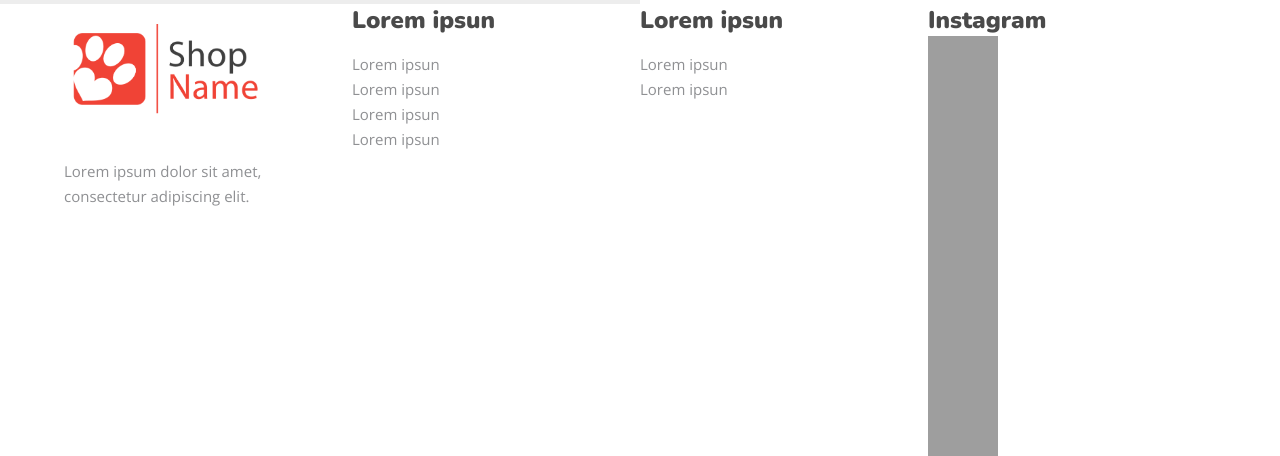
Repository: MarilynCuore/landingVet
Page: index.html
These files come from the project's save history. The page is drawn as it stood at one moment and after the next save; the edit follows.
The browser window is 1280 px wide. The pictures show the part of the page from y = 1930 to 2866 px (the page is 2386 px tall before and 2866 px after).
Pictures or frames that could not be fetched are drawn as grey boxes. Some web libraries are served in a nearby version. The style sheet was rebuilt from its Sass, Less or Tailwind sources for each picture, by a compiler version that may differ from the author's.

Above is the page before, as saved 2020-05-25 15:58:41.

### index.html
<!DOCTYPE html>
<html lang="en">

<head>
    <meta charset="UTF-8">
    <meta name="viewport" content="width=device-width, initial-scale=1.0">
    <title>Document</title>
    <link rel="stylesheet" href="./main.css">
    <link rel="stylesheet" href="https://cdnjs.cloudflare.com/ajax/libs/font-awesome/5.13.0/js/all.min.js">
</head>

<body>

    <!--Nav-->
    <nav>
        <div class="top-bar">
            <div class="container">
                <ul>
                    <li>
                        <a href="">Llámanos 609534467</a>
                    </li>
                    <li>
                        <a href="">Mi cuenta</a>
                    </li>
                </ul>
            </div>
        </div>
        <div class="bottom-bar">
            <div class="container">
                <ul>
                    <li>
                        <a href="">
                            <img src="./assets/white.png" width="100" alt="">
                        </a>
                    </li>
                </ul>
                <ul>
                    <li>
                        <a href="">Lorem ipsun</a>
                    </li>
                    <li>
                        <a href="">Lorem ipsun</a>
                    </li>
                    <li>
                        <a href="">Lorem ipsun</a>
                    </li>
                </ul>
            </div>

        </div>

    </nav>
    <header>
        <div class="container">
            <h1>Dónde ser una mascota es lo mejor</h1>
            <p>Lorem ipsum dolor sit amet, consectetur adipiscing elit. Phasellus eleifend at dolor quis vulputate.
                Quisque id blandit tellus, at pretium ex. Nulla in dui ligula. Nunc pharetra venenatis commodo.</p>
            <a href="">Saber más</a>
        </div>

    </header>
    <section>
        <div class="container">
            <div class="title">
                <h2>Lorem ipsun</h2>
                <p>Lorem ipsum dolor sit amet, consectetur adipiscing elit. <br>Phasellus eleifend at dolor quis
                    vulputate.</p>
            </div>
            <div class="grid">
                <div class="grid__container">
                    <div class="title">
                        <span>Perros</span>
                        <strong><a href="">Saber más</a></strong>
                    </div>
                </div>
                <div class="grid__container">
                    <div class="title">
                        <span>Gatos</span>
                        <strong><a href="">Saber más</a></strong>
                    </div>
                </div>
                <div class="grid__container">
                    <div class="title">
                        <span>Otros</span>
                        <strong><a href="">Saber más</a></strong>
                    </div>
                </div>
            </div>
        </div>
    </section>
    <section>
        <div class="one">
            <div class="content container">
                <h3>Encuéntranos o ponte en contacto</h3>
                <div>
                    <p>Lorem ipsum dolor sit amet, consectetur adipiscing elit. <br>Phasellus eleifend at dolor quis
                        vulputate.</p>
                    <p>lorem@gmail.com</p>
                </div>
            </div>

        </div>
        <div class="two">
            <iframe
                src="https://www.google.com/maps/embed?pb=!1m18!1m12!1m3!1d24285.284825320497!2d-3.717631440991407!3d40.460648281487934!2m3!1f0!2f0!3f0!3m2!1i1024!2i768!4f13.1!3m3!1m2!1s0xd422906e34771eb%3A0x9887e1ccf09cb673!2zVGV0dcOhbiwgTWFkcmlk!5e0!3m2!1ses!2ses!4v1590408248756!5m2!1ses!2ses"
                width="100%" height="450" frameborder="0" style="border:0;" allowfullscreen="" aria-hidden="false"
                tabindex="0"></iframe>
        </div>
    </section>
    <footer>
        <div class="container">
            <div>
                <ul>
                    <li>
                        <a href="">
                            <img src="./assets/red.png" alt="" width="200">
                        </a>

                    </li>
                    <li>
                        <p>Lorem ipsum dolor sit amet, <br> consectetur adipiscing elit. </p>
                    </li>
                </ul>
            </div>
            <div>
                <h5>Lorem ipsun</h5>
                <ul>
                    <li>
                        <a href="">Lorem ipsun</a>
                    </li>
                    <li>
                        <a href="">Lorem ipsun</a>
                    </li>
                    <li>
                        <a href="">Lorem ipsun</a>
                    </li>
                    <li>
                        <a href="">Lorem ipsun</a>
                    </li>
                </ul>
            </div>
            <div>
                <h5>Lorem ipsun</h5>
                <ul>
                    <li>
                        <a href="">Lorem ipsun</a>
                    </li>
                    <li>
                        <a href="">Lorem ipsun</a>
                    </li>
                </ul>
            </div>
            <div>
                <h5>Instagram</h5>
                <div class="grid">
                    <a href=""></a>
                    <a href=""></a>
                    <a href=""></a>
                    <a href=""></a>
                    <a href=""></a>
                    <a href=""></a>
                </div>
            </div>
        </div>
    </footer>
</body>

</html>

### main.scss
@import url("https://fonts.googleapis.com/css2?family=Nunito:ital,wght@0,200;0,300;0,400;0,600;0,700;0,800;0,900;1,200;1,300;1,400;1,600;1,700;1,800;1,900&display=swap");
@import url("https://fonts.googleapis.com/css2?family=Open+Sans:ital,wght@0,300;0,400;0,600;0,700;0,800;1,300;1,400;1,600;1,700;1,800&display=swap");
$color-primary: #f04336;
.container {
  max-width: 90%;
  margin: 0 auto;
}

nav {
  background: transparent;
  position: fixed;
  left: 0;
  width: 100%;
  z-index: 10;
  border-bottom: solid 0.5px white;
  padding-top: 1rem;
  padding-bottom: 1rem;
  .top-bar {
    background-color: rgba(white, 0.3);
    position: fixed;
    top: 0;
    width: 100%;
    height: 35px;
    font-size: 13px;
    line-height: 1;
    z-index: 110;
    .container {
      ul {
        display: flex;
        align-items: center;
        justify-content: flex-end;
        li {
          list-style: none;
          a {
            text-decoration: none;
            color: white;
            font-size: 13px;
            font-weight: normal;
            font-family: "Nunito", sans-serif;
          }
          &:nth-of-type(1) {
            padding-right: 1rem;
          }
        }
      }
    }
  }
  .bottom-bar {
    padding-top: 2rem;
    .container {
      display: flex;
      align-items: center;
      justify-content: space-between;
      ul {
        width: 100%;
        &:nth-of-type(2) {
          display: flex;
          align-self: center;
          justify-content: flex-end;
          li {
            padding-right: 3rem;
            &:last-child {
              padding-right: none !important;
            }
          }
        }
        li {
          list-style: none;
          a {
            text-decoration: none;
            color: white;
            font-size: 18px;
            font-weight: bold;
            font-family: "Nunito", sans-serif;
          }
        }
      }
    }
  }
}
header {
  background-image: url("https://pawfriends.qodeinteractive.com/wp-content/uploads/2019/08/h1-rev-img-1.jpg");
  background-size: cover;
  background-position: bottom;
  background-repeat: no-repeat;
  height: 100vh;
  width: 100vw;
  position: relative;
  .container {
    height: 100%;
    display: flex;
    flex-direction: column;
    align-items: flex-start;
    justify-content: center;

    h1 {
      z-index: 9;
      visibility: visible;
      text-align: left;
      line-height: 75px;
      letter-spacing: 0px;
      font-weight: 900;
      font-size: 70px;
      border-color: rgb(143, 144, 147);
      border-style: none;
      margin: 0px;
      padding: 0px;
      color: white;
      white-space: normal;
      width: 645px;
      height: auto;
      font-family: "Nunito", sans-serif;
    }
    p {
      z-index: 10;
      font-family: "Open Sans";
      visibility: visible;
      text-align: left;
      line-height: 30px;
      letter-spacing: 0px;
      font-weight: 400;
      font-size: 19px;
      border-color: rgb(143, 144, 147);
      border-style: none;
      margin: 0px;
      padding: 0px;
      color: white;
      white-space: normal;
      width: 639px;
      height: auto;
      padding-top: 1.2rem;
      padding-bottom: 1.5rem;
      font-family: "Open Sans", sans-serif;
    }
    a {
      color: white;
      background-color: $color-primary;
      border-color: #ffffff;
      padding: 15px 66px;
      text-decoration: none;
      font-weight: bold;
      font-family: "Nunito", sans-serif;
      border: 1px solid transparent;
      overflow: hidden;
      border-radius: 4px;
    }
  }
}
section {
  &:nth-of-type(1) {
    padding-bottom: 3.5rem;
    .container {
      .title {
        h2 {
          font-size: 50px;
          line-height: 1.1em;
          text-align: center;
          color: #424242;
          font-weight: bold;
          margin: 0;
          padding: 0;
          padding-top: 2rem;
          padding-bottom: 1.3rem;
          font-family: "Nunito", sans-serif;
          font-weight: 900;
        }
        p {
          color: #8f9093;
          font-size: 19px;
          line-height: 32px;
          text-align: center;
          margin: 0;
          padding: 0;
          font-family: "Open Sans", sans-serif;
        }
      }
      .grid {
        padding-top: 2rem;
        height: 500px;
        position: relative;
        max-width: 100%;
        display: grid;
        grid-template-columns: repeat(auto-fill, minmax(200px, 1fr));
        grid-template-rows: minmax(auto, auto);
        margin: 0 auto;
        grid-auto-flow: dense;
        grid-gap: 10px;
        &__container {
          background-size: cover;
          background-position: center;
          background-repeat: no-repeat;
          padding: 20px;
          display: grid;
          place-items: center;
          text-align: center;
          color: white;
          transition: 0.3s;
          border-radius: 6px;
          display: flex;
          align-items: flex-end;
          .title {
            margin-bottom: 2em;
            display: flex;
            justify-content: center;
            width: 100%;
            position: relative;
            cursor: pointer;
            &:hover {
              strong {
                top: -35px;
                opacity: 1;
                color: black;
                border-radius: 0;
                transform: scale(1);
              }
            }
            strong {
              transition: all 0.5s ease;
              overflow: hidden;
              opacity: 1;
              display: block;
              position: absolute;
              top: 5px;
              z-index: 0;
              transform: scale(0);
              padding: 5px 10px;
              background: white;
              color: white;
              font-family: "Nunito", sans-serif;
              a {
                color: $color-primary;
                text-decoration: none;
                cursor: pointer;
              }
            }
            span {
              z-index: 1;
              background: white;
              padding: 5px 15px;
              color: $color-primary;
              font-size: 18px;
              clip-path: polygon(0 0, 100% 0, 90% 100%, 10% 100%);
              font-family: "Nunito", sans-serif;
              font-size: 1.3rem;
              font-weight: bold;
              &:hover {
                background: $color-primary;
                color: white;
              }
            }
          }
          &:nth-child(1) {
            grid-column: span 2;
            grid-row: span 4;
            background-image: url("https://images.unsplash.com/photo-1504826260979-242151ee45b7?ixlib=rb-1.2.1&ixid=eyJhcHBfaWQiOjEyMDd9&auto=format&fit=crop&w=934&q=80");
            background-position: bottom;
          }
          &:nth-child(2) {
            grid-column: span 2;
            grid-row: span 4;
            background-image: url("https://images.unsplash.com/photo-1574231164645-d6f0e8553590?ixlib=rb-1.2.1&ixid=eyJhcHBfaWQiOjEyMDd9&auto=format&fit=crop&w=1035&q=80");
          }
          &:nth-child(3) {
            grid-column: span 2;
            grid-row: span 4;
            background-image: url("https://images.unsplash.com/photo-1529040274442-815019b0e4fc?ixlib=rb-1.2.1&auto=format&fit=crop&w=933&q=80");
          }
        }
      }
    }
  }
  &:nth-of-type(2) {
    display: flex;
    width: 100%;
    justify-content: space-between;
    width: 100%;
    .one {
      width: 50%;
      background-color: #ededed;
      .content {
        display: flex;
        flex-direction: column;
        align-items: center;
        justify-content: center;
        height: 100%;
        h3 {
          color: #424242;
          font-family: "Nunito", sans-serif;
          font-weight: 900;
          text-align: center;
          word-wrap: break-word;
          font-size: 40px;
          margin: 0;
          padding: 0;
        }
        p {
          font-size: 15px;
          font-weight: 400;
          line-height: 25px;
          color: #8f9093;
          font-family: "Open Sans";
          text-align: center;
        }
      }
    }
    .two {
      width: 50%;
    }
  }
}
footer {
  .container {
    display: flex;
    justify-content: space-between;
    align-items: flex-start;
    div {
        width: 33%;
      h5 {
        color: #4a4a4a;
        font-weight: 900;
        font-family: "Nunito", sans-serif;
        font-size: 24px;
        margin: 0;
      }
      ul {
        padding: 0px;
        li {
          list-style: none;
          p {
            color: #8f9093;
            text-align: left;
            font-family: "Open Sans";
            font-size: 15px;
            font-weight: 400;
            line-height: 25px;
            margin: 34px 0px 0px;
          }
          a {
            color: #8f9093;
            text-decoration: none;
            font-size: 15px;
            font-weight: 400;
            line-height: 25px;
            font-family: "Open Sans";
            &:hover {
              color: $color-primary;
            }
          }
        }
      }
      .grid {
        display: flex;
        align-items: center;
        justify-content: flex-start;
        flex-wrap: wrap;
        a {
          width: 70px;
          height: 70px;
          background-size: cover;
          background-position: center;
          background-repeat: no-repeat;
          &:nth-of-type(1) {
            background-image: url("https://images.unsplash.com/photo-1494256997604-768d1f608cac?ixlib=rb-1.2.1&ixid=eyJhcHBfaWQiOjEyMDd9&auto=format&fit=crop&w=2001&q=80");
          }
          &:nth-of-type(2) {
            background-image: url("https://images.unsplash.com/photo-1507146426996-ef05306b995a?ixlib=rb-1.2.1&ixid=eyJhcHBfaWQiOjEyMDd9&auto=format&fit=crop&w=1950&q=80");
          }
          &:nth-of-type(3) {
            background-image: url("https://images.unsplash.com/photo-1536612125961-dca53f20363d?ixlib=rb-1.2.1&auto=format&fit=crop&w=1950&q=80");
          }
          &:nth-of-type(4) {
            background-image: url("https://images.unsplash.com/photo-1586326709898-0a344840a314?ixlib=rb-1.2.1&auto=format&fit=crop&w=1950&q=80");
          }
          &:nth-of-type(5) {
            background-image: url("https://images.unsplash.com/photo-1518794183325-56eed2af11fa?ixlib=rb-1.2.1&ixid=eyJhcHBfaWQiOjEyMDd9&auto=format&fit=crop&w=1867&q=80");
          }
          &:nth-of-type(6) {
            background-image: url("https://images.unsplash.com/photo-1425082661705-1834bfd09dca?ixlib=rb-1.2.1&ixid=eyJhcHBfaWQiOjEyMDd9&auto=format&fit=crop&w=1955&q=80");
          }
        }
      }
    }
  }
}
body {
  margin: 0;
  padding: 0;
}

After the next save:
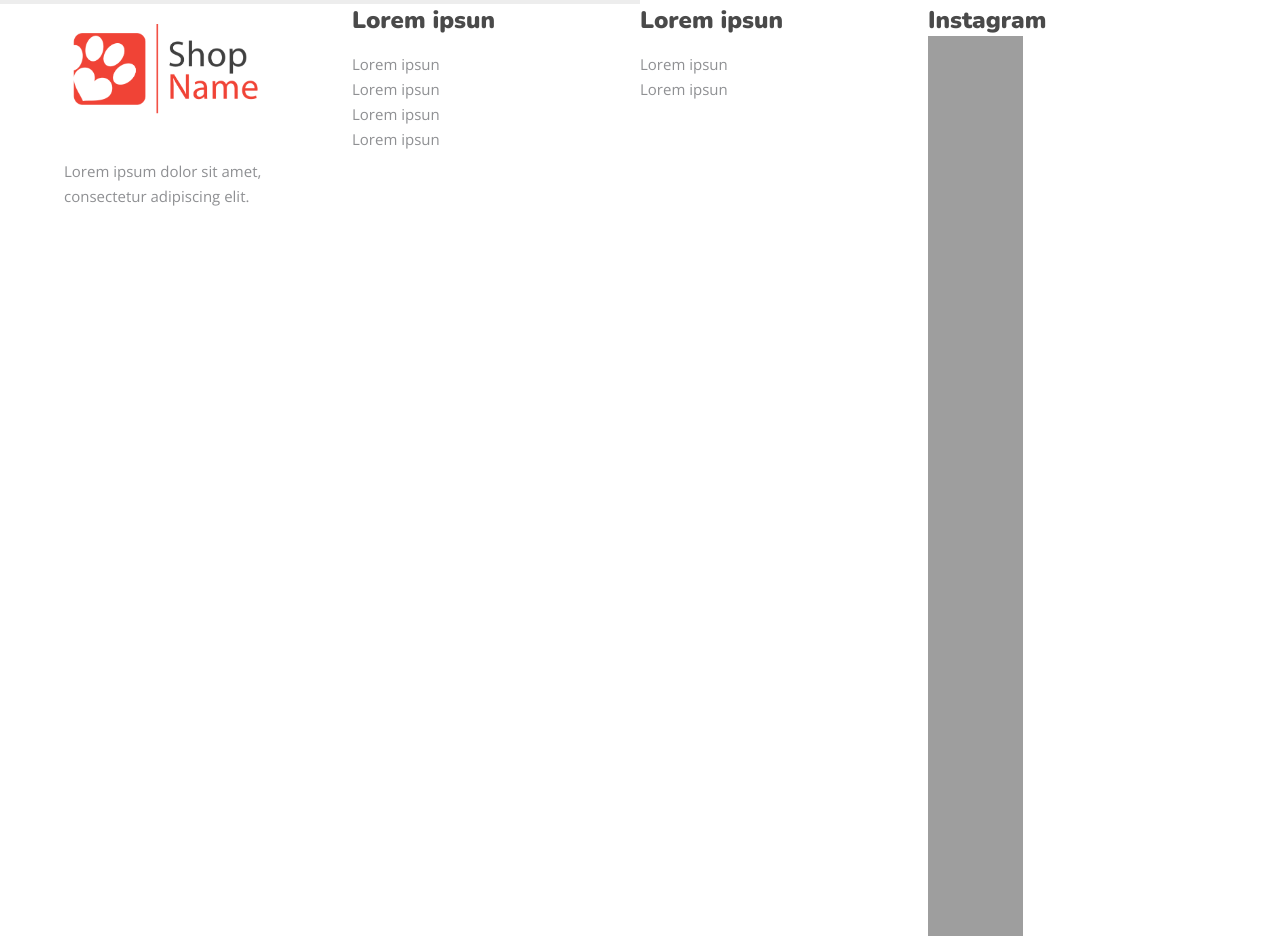
Saved 33 s later.
--- a/main.scss
+++ b/main.scss
@@ -354,8 +354,8 @@ footer {
         justify-content: flex-start;
         flex-wrap: wrap;
         a {
-          width: 70px;
-          height: 70px;
+          width: 150px;
+          height: 150px;
           background-size: cover;
           background-position: center;
           background-repeat: no-repeat;
